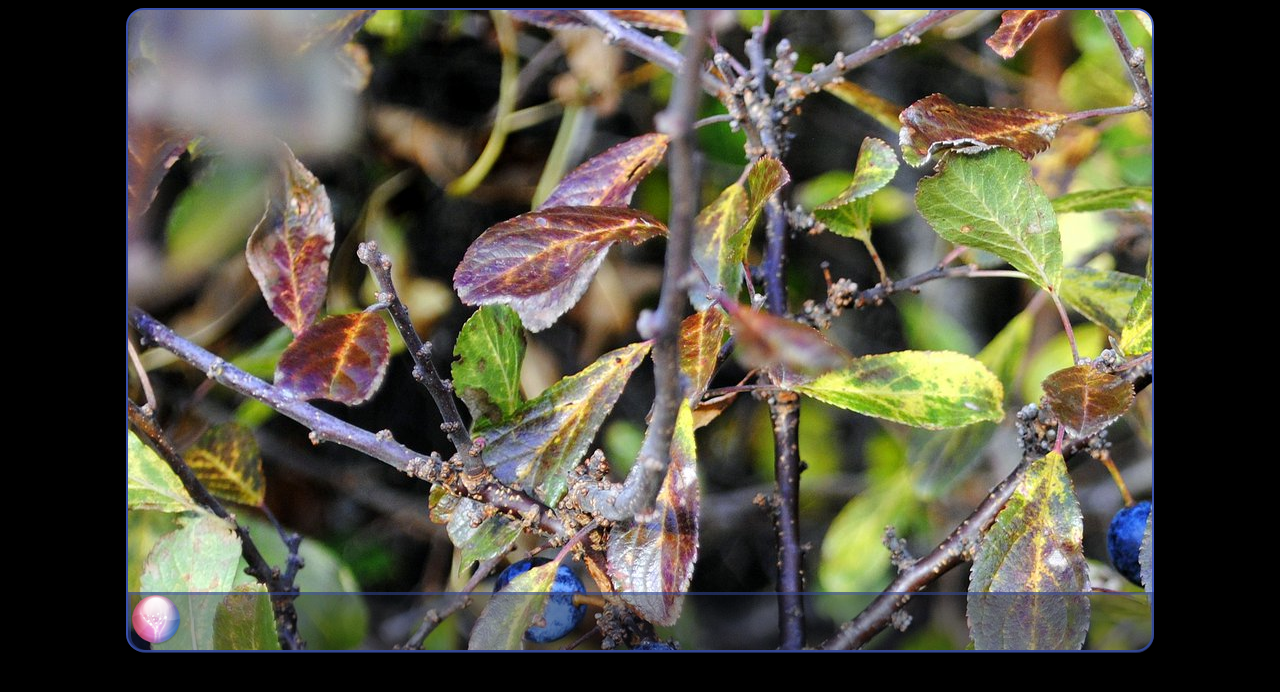
Repository: js223mx/js223mx-1dv403-laborationer
Page: 5-pwd/index.html
The author's editor kept a record of every edit. The page is drawn from the files as they stood at one moment, then again after the next edit.
The browser window is 1280 px wide. The pictures show the whole page.

Above is the page before.
Console error: TypeError: Cannot set properties of null (setting 'onclick')

### 5-pwd/index.html
<!DOCTYPE html>
<html lang="sv">
	<head>
	    <meta charset="utf-8" />
		<title>Projektuppgift</title>
		<link rel="stylesheet" href="css/style.css"/>
		<script src="js/main.js"></script>
	</head>
	<body>
		<main id=Mymain>
		<footer id="Myfooter">
			<a class = "icon" id="menuicon" href="#" title="Välj ny bakgrund"><img class="iconImg" src="css/menuicon.png" /></a>
		</footer>
		</main>
	</body>
</html>

### 5-pwd/css/style.css
html{
  height: 100%;
}
body{
    background-color: black;
}
#Mymain{
    display: block;
    width: 1024px;
    height: 640px;
    border: 2px solid hsla(228,50%,50%,0.9);
    border-top-style: solid;
    border-right-style: solid;
    border-left-style: solid;
    border-top-right-radius: 18px;
    border-top-left-radius: 18px;
    border-bottom-right-radius: 18px;
    border-bottom-left-radius: 18px;
    background-image:url('slanbar.jpg');
    background-repeat:no-repeat;
    margin-right:auto;
    margin-left: auto;

}
#Myfooter{
    width:1020px;
    height:55px;
    margin-left:auto;
    margin-right: auto;
    margin-top: 582px;
    border: solid hsla(228,50%,50%,0.4);
    background-color:hsla(228,25%,10%,0.4);

    border-bottom-left-radius: 18px;
    border-bottom-right-radius: 18px;
    bottom:0;
    left:0;
}
.button {
    float:left;
    display:block;
    height:inherit;
    margin-left:5px;
    -webkit-transition:-webkit-tranform.2s ease-in-out;

}
 .button:hover {
        -webkit-transform:scale(1.2);
    }
#click{
    margin-top: 3px;
    margin-left:3px;
   -webkit-transition:-webkit-tranform.2s ease-in-out;
}
#click:hover{

    -webkit-transform: scale(1.2);
    -ms-transform: scale(1.2);
    -moz-transform: scale(1.2);
    -o-transform: scale(1.2);
    transform: scale(1.2);

 }
#imgFolder{
    display:block;
    position:relative;
    height:415px;
    width:450px;
    border: solid hsla(228,50%,50%,0.9);
    border-radius:12px;
    left:16%;
    top:8%;


 }
 #topDiv {
     display:block;
     height:54px;
     background-image:url('clouds.jpg');
     border-top-left-radius:12px;
     border-top-right-radius:12px;
 }
 .topImage {
     float:left;
     display:block;
     padding:2px;
 }

 .closeWindow {
     float:right;
     display:block;
     margin-right:3px;
     -webkit-transition: -webkit-transform .2s ease-in-out;
 }

 .closeWindow:hover {
     -webkit-transform: scale(0.8);
}
#picContainer {
    display:block;
    border-top:solid hsla(228,50%,50%,0.9);
    border-bottom:solid hsla(228,50%,50%,0.9);
    background-image:url('contback.jpg');
    float:left;
    width:450px;
    height:326px;
    overflow:auto;
    overflow-x:hidden;

}
#botDiv {
    display:block;
    float:left;
    width:inherit;
    height:35px;
    background-image:url('clouds.jpg');
    border-bottom-left-radius: 12px;
    border-bottom-right-radius: 12px;
}
#botDiv img {
    padding: 5px;
}

#folderText {
    float:left;
    padding:3px;
    margin-top:3px;
    font-style: oblique;
    font-weight: bold;
}
#botText {
    float:right;
    padding:3px;
    margin-right:3px;
    margin-top:3px;
    font-style: oblique;
    font-weight: bold;
}

figure {
    display: block;
    float:left;
    text-align:center;
    margin:10px;
    padding: 6px;
    background-color: #5C8AE6;
    border-radius:9px;
    -webkit-transition: webkit-transform .2s ease-in-out;
}

figure a {
    display:block;
}

figure:hover {
    -webkit-transform:scale(1.2);
}

### 5-pwd/js/main.js
"use strict";

 var desktop = {

     init: function (){
         var menuIcon = document.getElementById("click");

         //En reset-knapp för att återställa bakgrunden
         // var resetButton = document.getElementById("reset");
         //var buttonUrl = "css/background/dotted1.png";

         // webDesk.changeBackground(buttonUrl,resetButton);

         //Gör menuiconen till en knapp
         menuIcon.onclick = function(){
             var myMain = document.getElementById("Mymain");

             //Kollar ifall det redan finns ett fönster och förhindrar att fler öppnas.
             if (myMain.firstElementchild){
                 return false;
             }


             var imageFolder = document.createElement("div");
             imageFolder.id="imgFolder";


             var topDiv = document.createElement("div");
             topDiv.id ="topDiv";

             var topImage = document.createElement("img");
             topImage.className = "topImage";
             topImage.setAttribute("src", "css/topPic.png");

             var folderText = document.createElement("span");
             folderText.id = "folderText";
             folderText.appendChild(document.createTextNode("Change background"));

             var closeWindow = document.createElement("a");
             closeWindow.className = "closeWindow";
             closeWindow.setAttribute("href", "#");

             //Knappen som gör att dun kan stänga fönstret.
             closeWindow.onclick = function () {
             myMain.removeChild(imageFolder);
             }

             var closeImage = document.createElement("img");
             closeImage.setAttribute("src","css/close.png");

             var picContainer = document.createElement("div");
             picContainer.id = "picContainer";

             var botDiv = document.createElement("div");
             botDiv.id = "botDiv";

             var botText = document.createElement("span");
             botText.id = "botText";


             var loading = document.createElement("img");
             loading.setAttribute("src", "css/loading.GIF");

             myMain.appendChild(imageFolder);
             imageFolder.appendChild(topDiv);
             topDiv.appendChild(topImage);
             topDiv.appendChild(folderText);
             topDiv.appendChild(closeWindow);
             //closeWindow.appendChild(closeImage);
             imageFolder.appendChild(picContainer);
             imageFolder.appendChild(botDiv);
             botDiv.appendChild(loading);

             var url = "http://homepage.lnu.se/staff/tstjo/labbyServer/imgviewer/";

              new AjaxCon(url,function (data){

               //Tar bort loading iconen när anropet är klart.
               botDiv.removeChild(loading);

               var thumbImages = JSON.parse (data);

               //kollar vilket tummnagelbild som är störst.
               var imgSize = desktop.imageSize(thumbImages);

               //Kör igenom alla objekt i JSON och skapar en plats för varje bild i rutan
               for( var i = 0; i < thumbImages.length; i+=1) {

                   var thumbImageContainer = document.createElement("figure");

                   var imageClick = document.createElement("a");
                   imageClick.setAttribute("href", "#");

                   //Ser till så att bakgrund byts när a-taggen klickas på.
                   desktop.changeBackground(thumbImages[i].URL,imageClick);

                   var image = document.createElement("img");

                   image.setAttribute("src", thumbImages[i].thumbURL);

                   thumbImageContainer.style.height = imgSize.height + "px";
                   thumbImageContainer.style.width = imgSize.width + "px";

                   picContainer.appendChild(thumbImageContainer);
                   thumbImageContainer.appendChild(imageClick);
                   imageClick.appendChild(image);

             }



         });
     };
 },

 changeBackground: function (image, ID) {

   ID.onclick = function (){
    document.getElementById("Mymain").style.background ="url('" + image + "') no-repeat";
   };
 },

  imageSize: function(thumbImages) {

   var height = 0;
   var width = 0;

   for (var x in thumbImages) {

    if (thumbImages[x].thumbHeight > height){

      height = thumbImages[x].thumbHeight;

    }

    if (thumbImages[x].thumbWidth > width){

     width = thumbImages[x].thumbWidth;
     }


  }
   return {
           height: height,
          width: width,
   };

 }
};



 window.onload = desktop.init;

After the next edit:
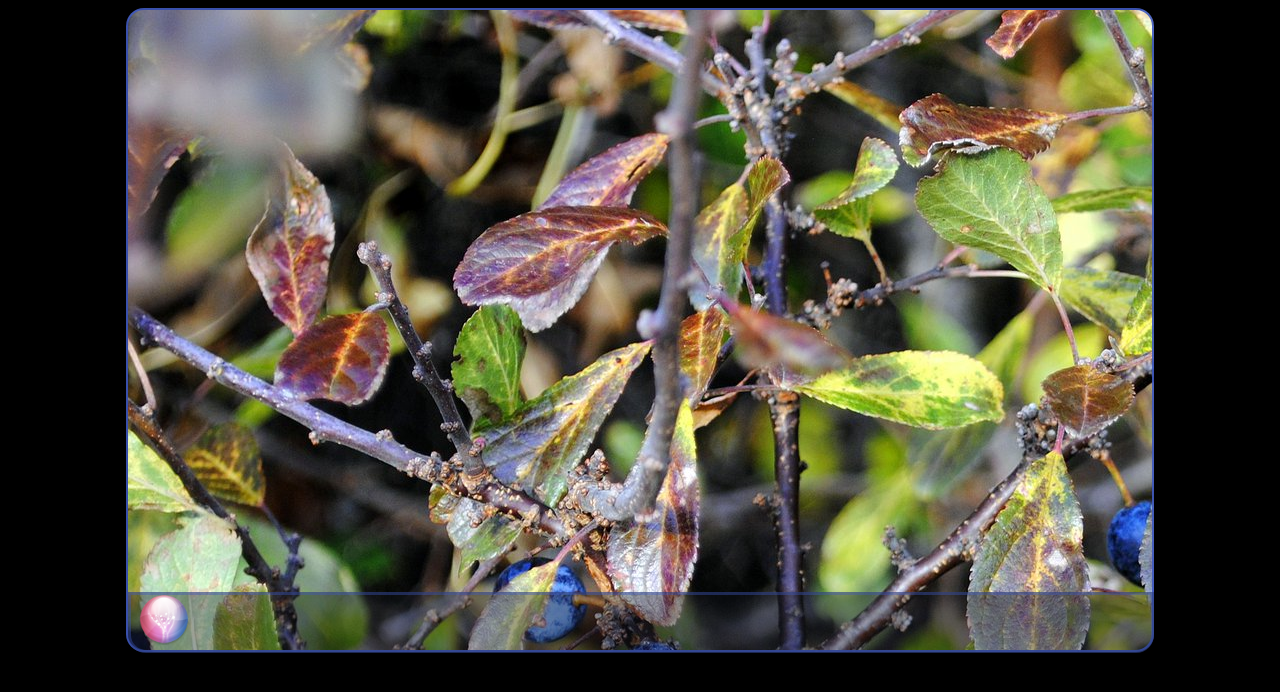
The error is gone.
The edit:
--- a/5-pwd/index.html
+++ b/5-pwd/index.html
@@ -9,7 +9,9 @@
 	<body>
 		<main id=Mymain>
 		<footer id="Myfooter">
-			<a class = "icon" id="menuicon" href="#" title="Välj ny bakgrund"><img class="iconImg" src="css/menuicon.png" /></a>
+			<div class = "button">
+			<a id="click" href="#"><img src="css/menuicon.png" /></a>
+			</div>
 		</footer>
 		</main>
 	</body>
